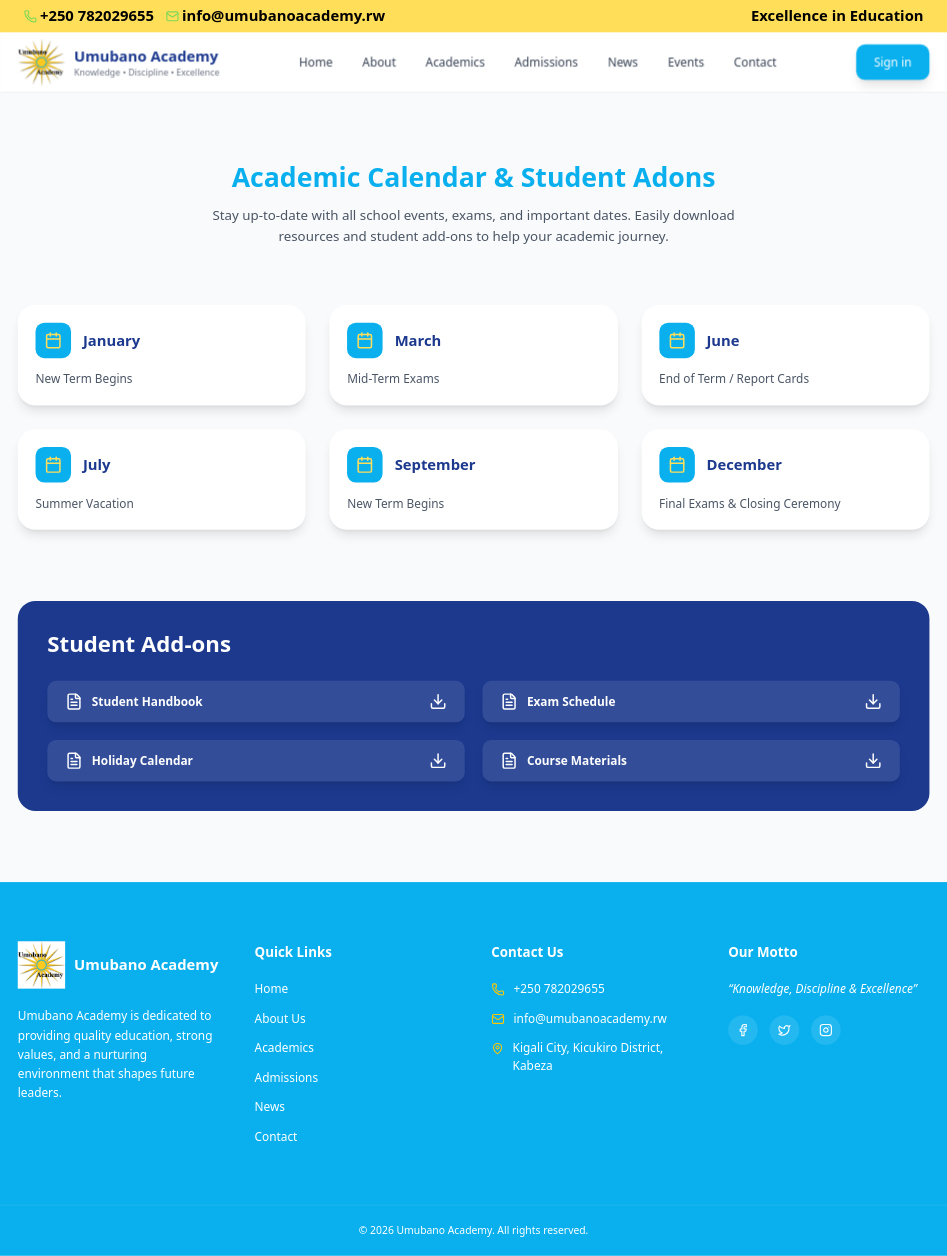
Repository: Umubano-Academy/umubano-academy-website
Page: /academic
These files come from the project's save history. The page is drawn as it stood at one moment and after the next save; the edit follows.
The browser window is 1280 px wide. The pictures show the whole page, at 74% of full size.
The project was rebuilt for these pictures with package versions that can differ from the ones it lists, and the page was loaded fresh each time. Also part of the build but not shown: vite.config.js, src/components/guest/Hero.jsx, src/components/guest/Event.jsx, src/components/guest/News.jsx, src/components/guest/Contact.jsx, src/components/guest/Home.jsx, src/components/guest/Admission.jsx, src/components/guest/About.jsx and 7 more.

Above is the page before, as saved 2026-01-13 19:43:37.

After the next save:
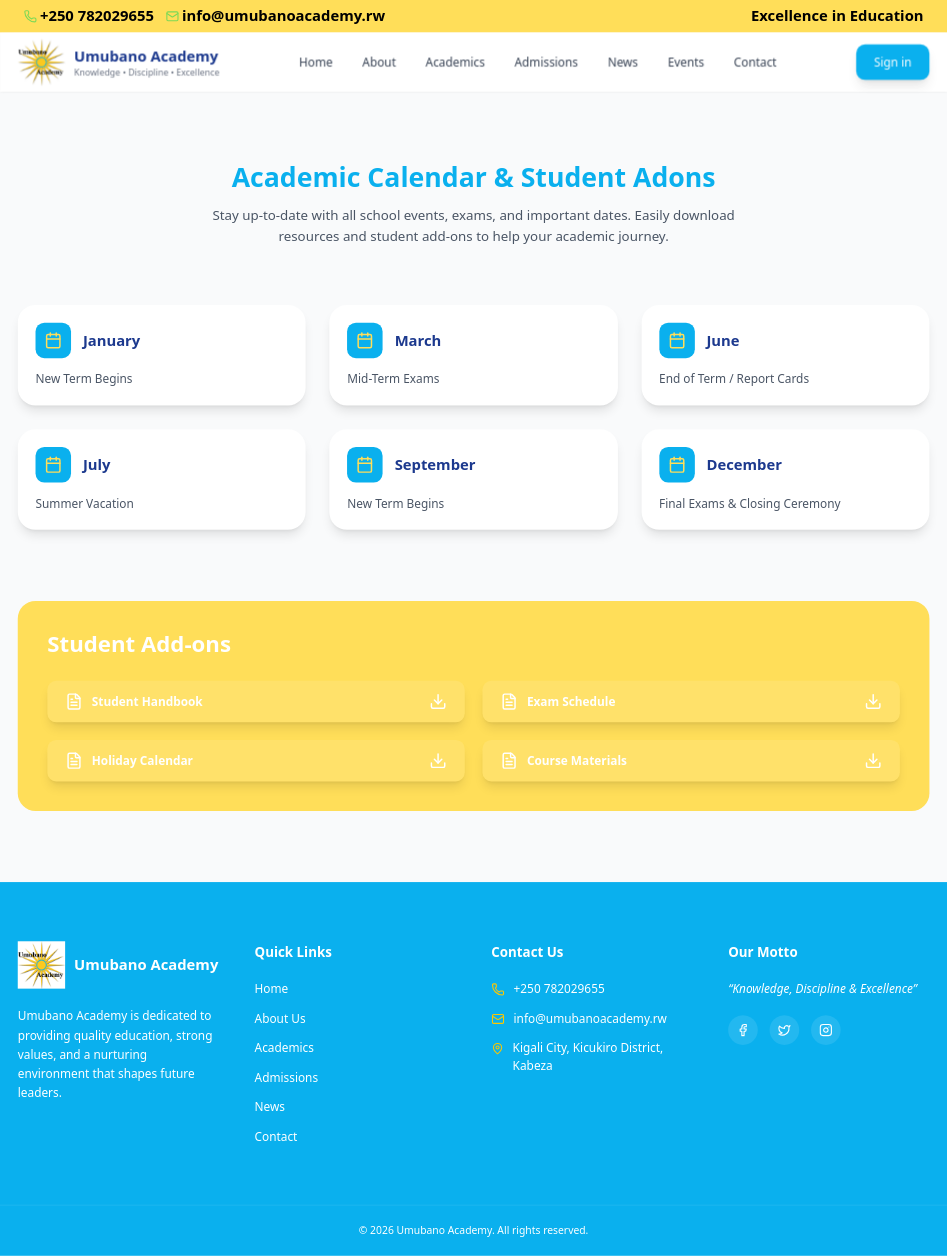
Saved 69 s later.
--- a/src/components/guest/Academic.jsx
+++ b/src/components/guest/Academic.jsx
@@ -79,7 +79,7 @@ function Academic() {
           whileInView={{ opacity: 1, y: 0 }}
           viewport={{ once: true }}
           transition={{ duration: 0.6 }}
-          className="bg-blue-900 rounded-3xl p-10 text-white"
+          className="bg-[#FFDE59] rounded-3xl p-10 text-white"
         >
           <h3 className="text-3xl font-bold mb-8">Student Add-ons</h3>
           <div className="grid grid-cols-1 md:grid-cols-2 gap-6">
